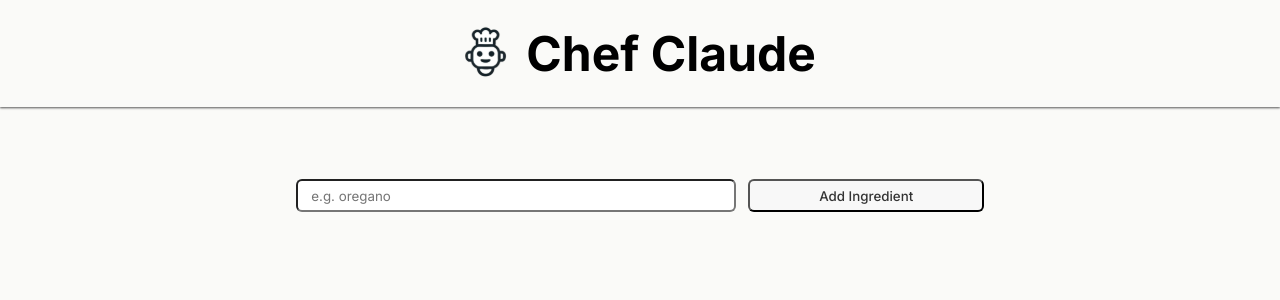
Repository: AchrafAzzaoui/Chef_Claude--React_Course_Scrimba_Project
Page: / (app in project/)
An editor plug-in stored every save of this project. The page is shown before and after the next save, followed by the edit.
The browser window is 1280 px wide. The pictures show the whole page.
The project was rebuilt for these pictures with package versions that can differ from the ones it lists, and the page was loaded fresh each time. Also part of the build but not shown: project/vite.config.js.

Above is the page before, as saved 2024-12-01 13:46:20.

### project/index.html
<!DOCTYPE html>
<html lang="en">
  <head>
    <meta charset="UTF-8" />
    <link rel="icon" type="image/svg+xml" href="/vite.svg" />
    <meta name="viewport" content="width=device-width, initial-scale=1.0" />
    <link rel="preconnect" href="https://fonts.googleapis.com" />
    <link rel="preconnect" href="https://fonts.gstatic.com" crossorigin />
    <link
      href="https://fonts.googleapis.com/css2?family=Inter:ital,opsz,wght@0,14..32,100..900;1,14..32,100..900&display=swap"
      rel="stylesheet"
    />
    <link rel="stylesheet" href="/index.css" />
    <title>Chef Claude</title>
  </head>
  <body>
    <div id="root"></div>
    <script type="module" src="/src/index.jsx"></script>
  </body>
</html>

### project/index.css
* {
  margin: 0;
  padding: 0;
  box-sizing: border-box;
  font-family: "Inter";
}
body {
  background-color: #fafaf8;
}
.header {
  display: flex;
  justify-content: center;
  align-items: center;
  padding: 1.5em 0;
  box-shadow: 0px 1px 3px 0px rgba(0, 0, 0, 0.1),
    0px 1px 2px 0px rgba(0, 0, 0, 0.6);
}
.header .logo {
  margin-right: 1.2em;
}
.header .logo img {
  max-width: 45px;
}
.header .title {
  font-weight: 300;
  font-size: 32px;
}

.main-container {
  /* max-width: 45em; Same calculation */
  max-width: calc(100em * 0.825); /* Ratio applied */
  margin: 0 auto;
  padding: 1.5em; /* Maintain consistent padding */
}
/* Form styling for add ingredient form */

.add-ingredient-form {
  padding: 2em 0;
  max-width: 720px;
  margin: 0 auto;
}

.add-ingredient-form .form-group {
  padding: 1em;
  display: flex;
  justify-content: center;
  align-items: center;
  gap: 12px;
}

.add-ingredient-form .form-group input {
  padding: 0.5em 1em;
  flex: 2;
  border-radius: 6px;
}

.add-ingredient-form .form-group button {
  padding: 0.5em 1em;
  flex: 1;
  border-radius: 6px;
  background-color: #f8f8f8;
  color: #333;
  font-weight: 500;
  cursor: pointer;
}

### project/src/index.jsx
import { StrictMode } from "react";
import { createRoot } from "react-dom/client";
import App from "./app.jsx";

createRoot(document.getElementById("root")).render(
  <StrictMode>
    <App />
  </StrictMode>
);

### project/src/app.jsx
import Header from "./components/Header";
import Main from "./components/Main";

export default function App() {
  return (
    <>
      <Header />
      <Main />
    </>
  );
}

### project/src/components/Header.jsx
import chefClaudeIcon from "../assets/chef_claude_icon.svg";

export default function Header() {
  return (
    <header className="header">
      <div className="logo">
        <img src={chefClaudeIcon} alt="Chef Claude Icon" />
      </div>
      <div className="title">
        <h2>Chef Claude</h2>
      </div>
    </header>
  );
}

### project/src/components/Main.jsx
import Form from "./Form";

export default function Main() {
  return (
    <main className="main-container">
      <Form />
    </main>
  );
}

### project/src/components/Form.jsx
export default function Form() {
  return (
    <form className="add-ingredient-form">
      <div className="form-group">
        <input type="text" placeholder="e.g. oregano" />
        <button type="submit">Add Ingredient</button>
      </div>
    </form>
  );
}

After the next save:
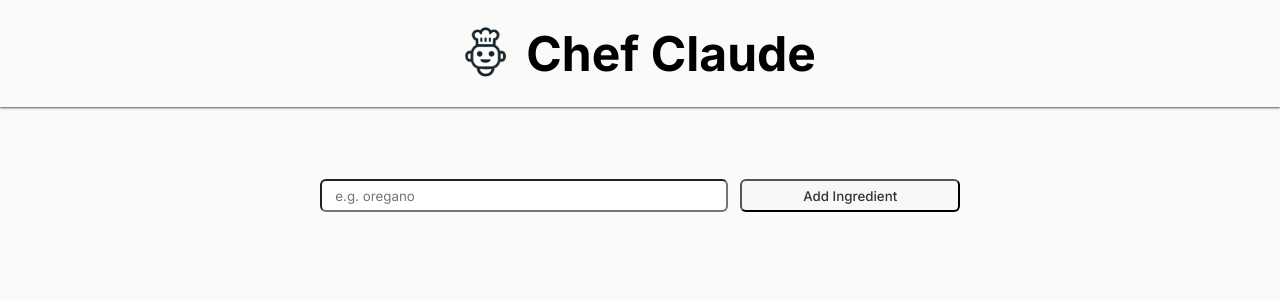
Saved 29 s later.
--- a/project/index.css
+++ b/project/index.css
@@ -28,7 +28,7 @@
 
 .main-container {
   /* max-width: 45em; Same calculation */
-  max-width: calc(100em * 0.825); /* Ratio applied */
+  max-width: 720px;
   margin: 0 auto;
   padding: 1.5em; /* Maintain consistent padding */
 }
